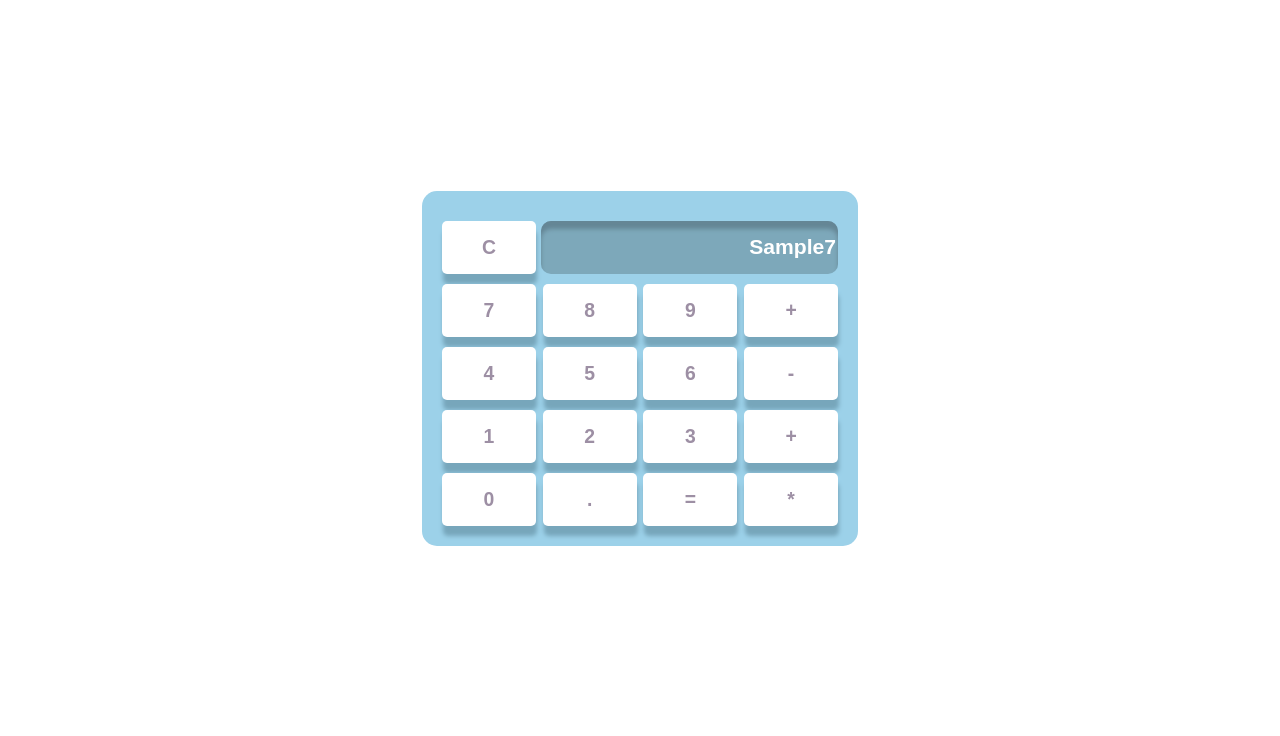
Repository: sem1103/calculator
Page: index.html
The author's editor kept a copy of each file at every save. The page is drawn from the files as they stood at one save, then again after the next save.
The browser window is 1280 px wide. The pictures show the whole page.
Empty fields were first filled with sample values (such as "Sample", 5 or name@example.com).
After loading, the first visible `.calc__main > button` was clicked once.

Above is the page before, as saved 2023-11-02 07:40:34.

After the next save:
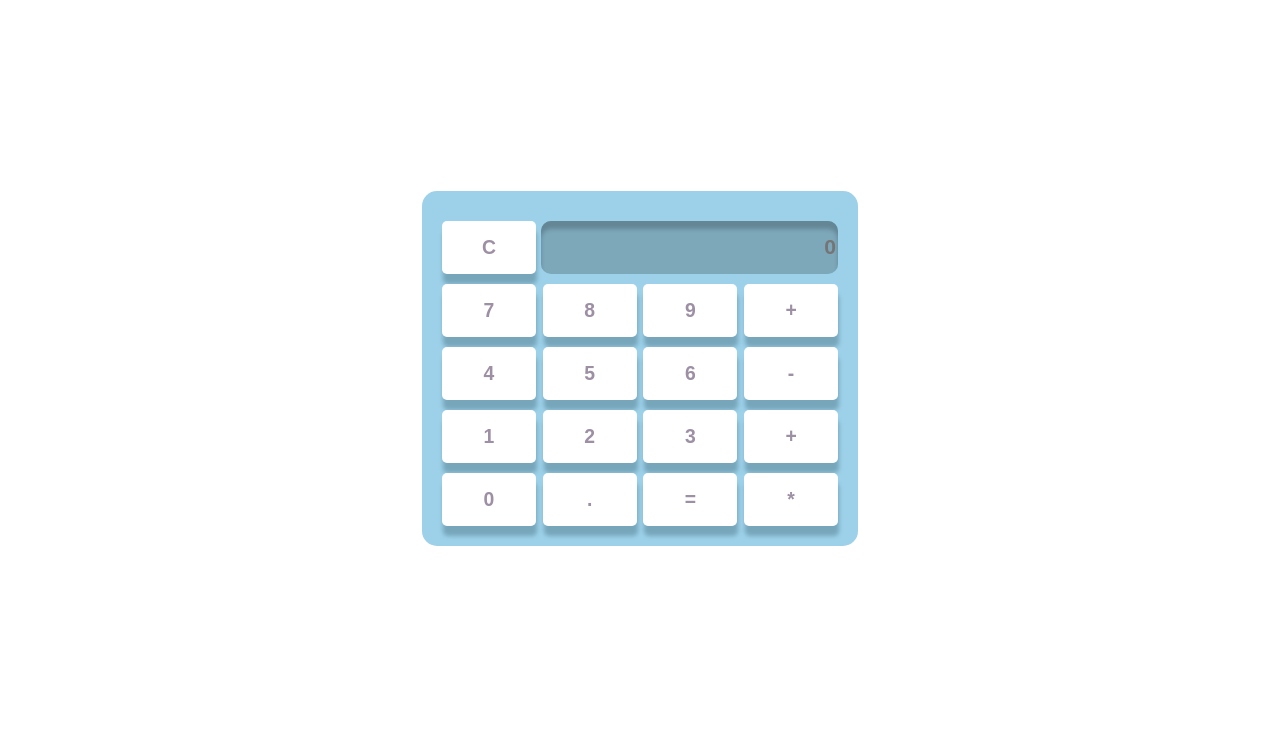
Saved 3 min 35 s later.
--- a/index.html
+++ b/index.html
@@ -108,7 +108,11 @@
 
 
         function setValueHandle(e){
-            calcDisplay.value += e.innerHTML.toString();
+            if(isNaN(calcDisplay.value)){
+                calcDisplay.value = '';
+                return;
+            }
+            calcDisplay.value += e.innerHTML;
         }
 
         function clearDisplay(){
